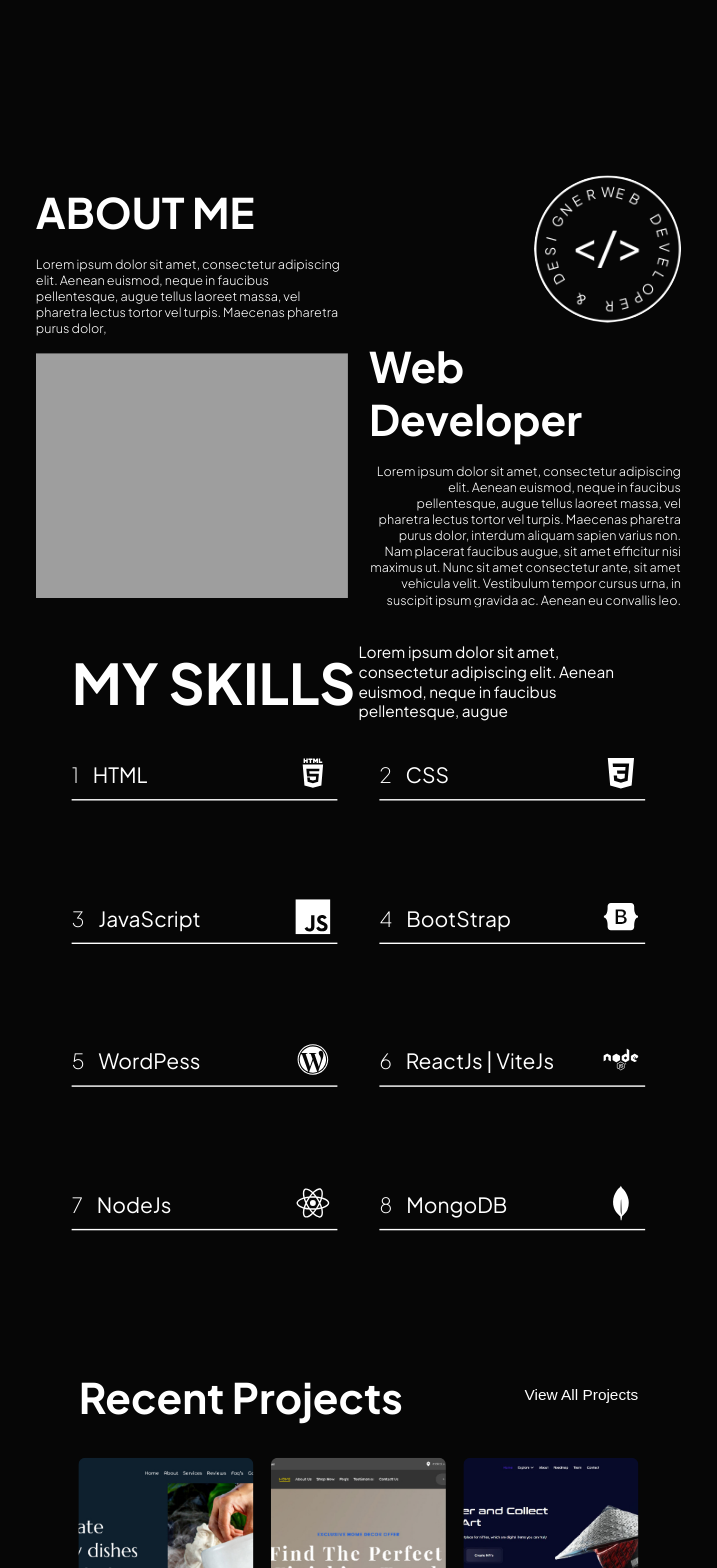
Repository: AliHassan02-Dev/PORTFOLIO
Page: / (app in Front-end/)
The author's editor kept a copy of each file at every save. The page is drawn from the files as they stood at one save, then again after the next save.
The browser window is 1024 px wide. The pictures show the part of the page from y = 892 to 3132 px (the page is 3735 px tall before and 3835 px after), at 70% of full size.
Pictures or frames that could not be fetched are drawn as grey boxes. The project was rebuilt for these pictures with package versions that can differ from the ones it lists, and the page was loaded fresh each time. Also part of the build but not shown: Front-end/vite.config.js, Front-end/src/Pages/Projects.jsx, Front-end/src/Pages/AllProjects.jsx, Front-end/src/Components/ProjectPreview.jsx.

Above is the page before, as saved 2024-08-24 07:25:33.

After the next save:
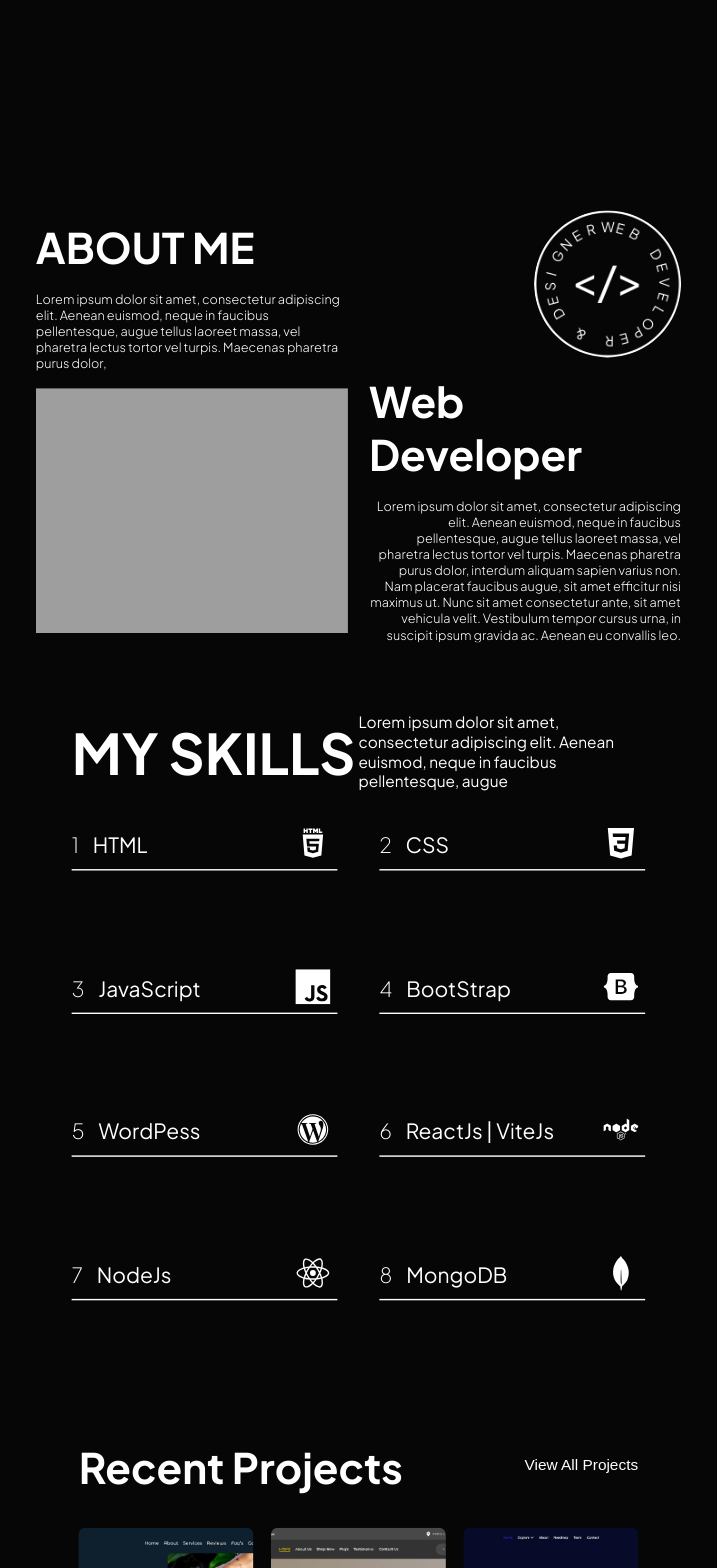
Saved 17 s later.
--- a/Front-end/src/App.css
+++ b/Front-end/src/App.css
@@ -284,7 +284,7 @@ body {
   .mainWrapper .aboutContainer {
     width: 90%;
     height: auto;
-    margin: 50px auto;
+    margin: 100px auto;
   }
 
   .mainWrapper .aboutContainer .left h2 {
